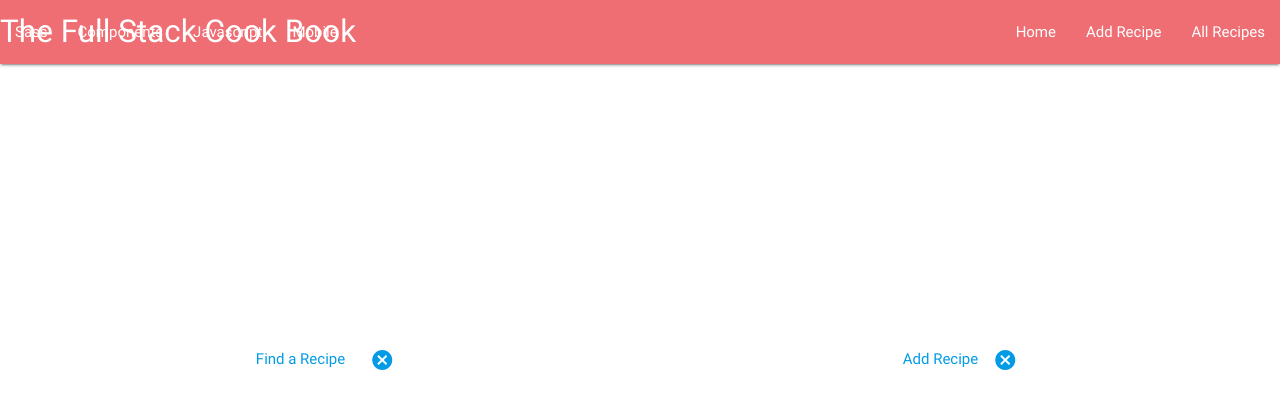
Repository: nakitamccool/francisillingworth-milestone-project-3
Page: http://localhost/index
The author's editor kept a record of every edit. The page is drawn from the files as they stood at one moment, then again after the next edit.
The browser window is 1280 px wide. The pictures show the whole page.
The page is served by the project's application, run on Flask 3 (app.py).

Above is the page before.

After the next edit:
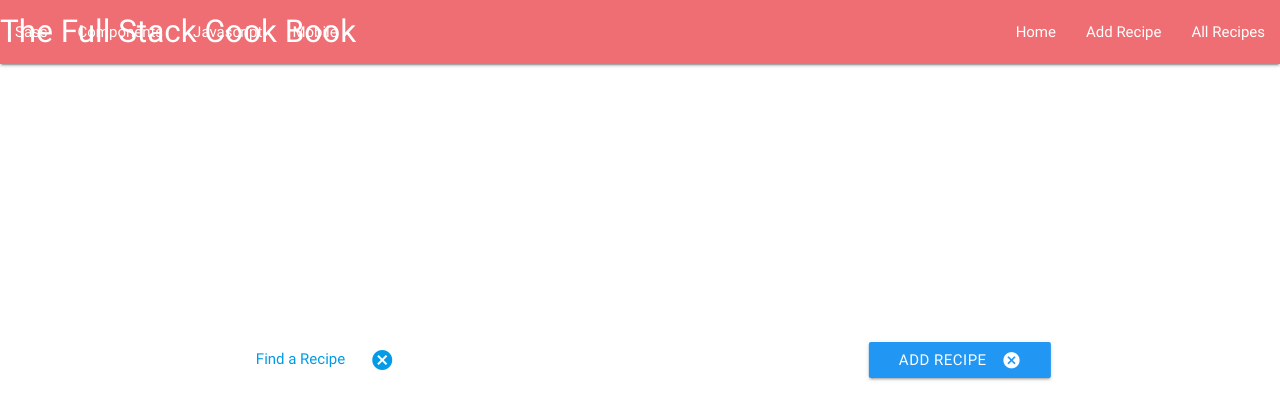
The edit:
--- a/templates/index.html
+++ b/templates/index.html
@@ -12,7 +12,8 @@
 
 <div class="split right">
     <div class="centered">
-        <a class = "addRecipe" href="{{ url_for('add_recipe') }}" class="waves-effect waves-light btn blue">
+        <div class = "addRecipe">
+        <a href="{{ url_for('add_recipe') }}" class="waves-effect waves-light btn blue">
                 <i class="material-icons right">cancel</i>Add Recipe
             </a>
     </div>
